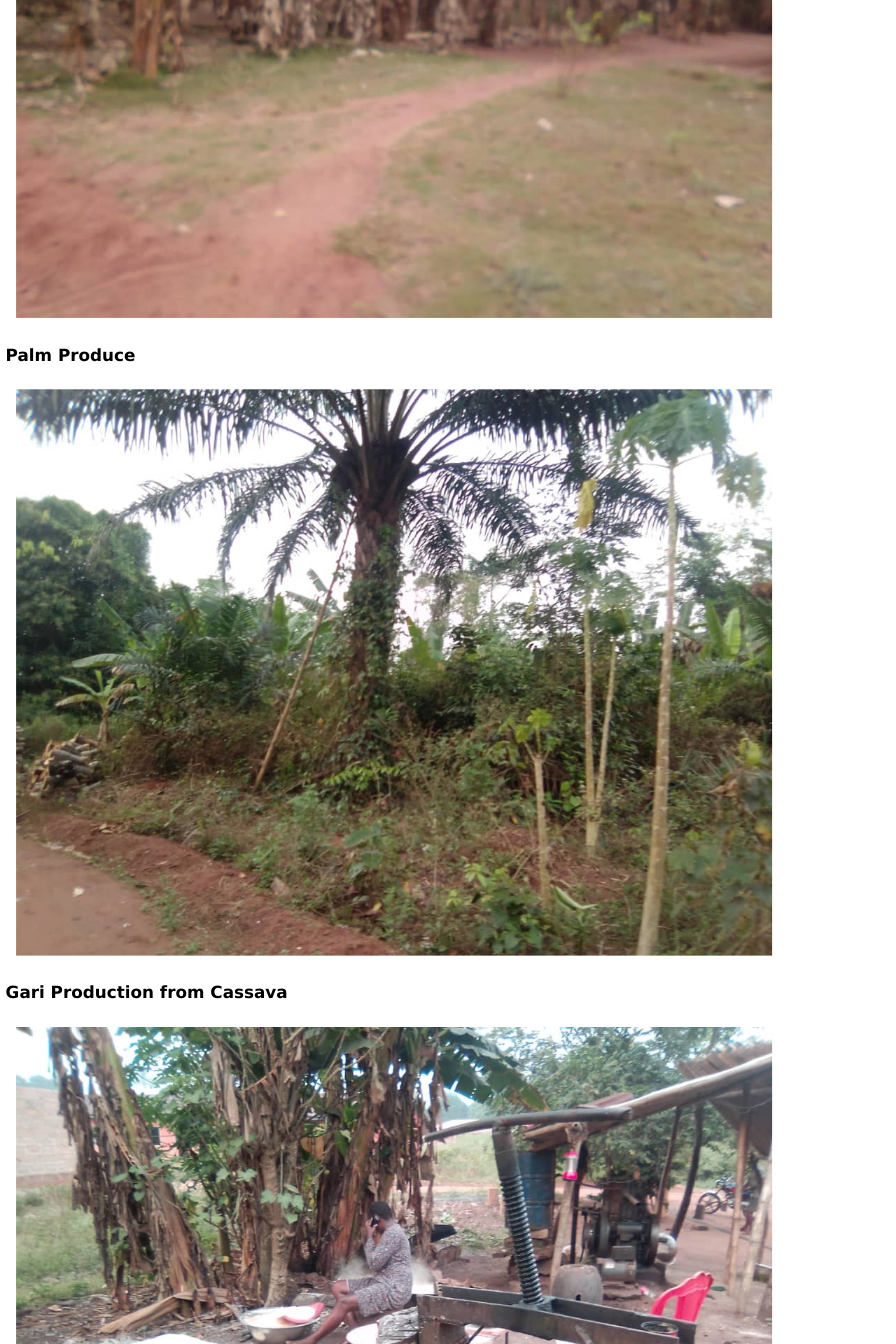
Repository: OtasowieRotimiOsifo/oheze-naka-forum
Page: economy.html
These files come from the project's save history. The page is drawn as it stood at one moment and after the next save; the edit follows.
The browser window is 1280 px wide. The pictures show the part of the page from y = 1603 to 3523 px (the page is 4885 px tall), at 70% of full size.

Above is the page before, as saved 2021-04-01 23:06:56.

### economy.html
<!DOCTYPE html>
<html lang="en">

<meta name="viewport" content="width=device-width, initial-scale=1.0">
<style>
* {
  box-sizing: border-box;
}

.row::after {
  content: "";
  clear: both;
  display: table;
}

[class*="col-"] {
  float: left;
  padding: 15px;
}

html {
  font-family: "Lucida Sans", sans-serif;
}

.header {
  background-color: #9933cc;
  color: #ffffff;
  padding: 15px;
}

.menu ul {
  list-style-type: none;
  margin: 0;
  padding: 0;
}

.menu li {
  padding: 8px;
  margin-bottom: 7px;
  background-color: #33b5e5;
  color: #ffffff;
  box-shadow: 0 1px 3px rgba(0,0,0,0.12), 0 1px 2px rgba(0,0,0,0.24);
}

.menu li:hover {
  background-color: #0099cc;
}

.aside {
  background-color: #4E38A9;
  padding: 15px;
  color: #ffffff;
  text-align: center;
  font-size: 14px;
  box-shadow: 0 1px 3px rgba(0,0,0,0.12), 0 1px 2px rgba(0,0,0,0.24);
}

.footer {
  background-color: #0099cc;
  color: #ffffff;
  text-align: center;
  font-size: 12px;
  padding: 15px;
}

/* For mobile phones: */
[class*="col-"] {
  width: 100%;
}

@media only screen and (min-width: 600px) {
  /* For tablets: */
  .col-s-1 {width: 8.33%;}
  .col-s-2 {width: 16.66%;}
  .col-s-3 {width: 25%;}
  .col-s-4 {width: 33.33%;}
  .col-s-5 {width: 41.66%;}
  .col-s-6 {width: 50%;}
  .col-s-7 {width: 58.33%;}
  .col-s-8 {width: 66.66%;}
  .col-s-9 {width: 75%;}
  .col-s-10 {width: 83.33%;}
  .col-s-11 {width: 91.66%;}
  .col-s-12 {width: 100%;}
}
@media only screen and (min-width: 768px) {
  /* For desktop: */
  .col-1 {width: 8.33%;}
  .col-2 {width: 16.66%;}
  .col-3 {width: 25%;}
  .col-4 {width: 33.33%;}
  .col-5 {width: 41.66%;}
  .col-6 {width: 50%;}
  .col-7 {width: 58.33%;}
  .col-8 {width: 66.66%;}
  .col-9 {width: 75%;}
  .col-10 {width: 83.33%;}
  .col-11 {width: 91.66%;}
  .col-12 {width: 100%;}
}
</style>
<head>
<title> Oheze-Naka Economy </title>
</head>
<body>

<div class="header">
  <h1>Oheze Naka: Economy</h1>
</div>
<div class="row">
  <h2>Occupation</h2>
  <div class="col-8 col-s-9">
      <span>Farming is the main occupation. Rearing of domestic animals is also practiced by the adults. </span>
      <span>Farm Produce include Yam, Plantain, Bananas, Palm Produce, Pineapples, Cassava, Fruits, Vegetables etc.</span>
    </div>
  </div>
  <div class="row">
    <h2>Farm land preparation before planting </h2>
    <div  class="col-3 col-s-3">
      <img src="img/farm-land-preparation.jpeg"/>
  </div>
  </div>
  <div class="row">
    <h2>Plantain Farm</h2>
    <div  class="col-3 col-s-3">
      <img src="img/plantain-farm2.jpg"/>
  </div>
  </div>
  <div class="row">
    <h2>Palm Produce</h2>
    <div  class="col-3 col-s-3">
      <img src="img/palm-tree2.jpg"/>
  </div>
  </div>
  <div class="row">
    <h2>Gari Production from Cassava</h2>
    <div  class="col-3 col-s-3">
      <img src="img/gari-production.jpg"/>
  </div>
  </div>
  <div class="row">
    <h2>Wood for Fuel</h2>
    <div  class="col-3 col-s-3">
      <img src="img/woods.jpg"/>
  </div>
  </div>
<div class="footer">
  <p>Courtesy of Oheze Naka Forum.</p>
</div>

</body>
</html>

After the next save:
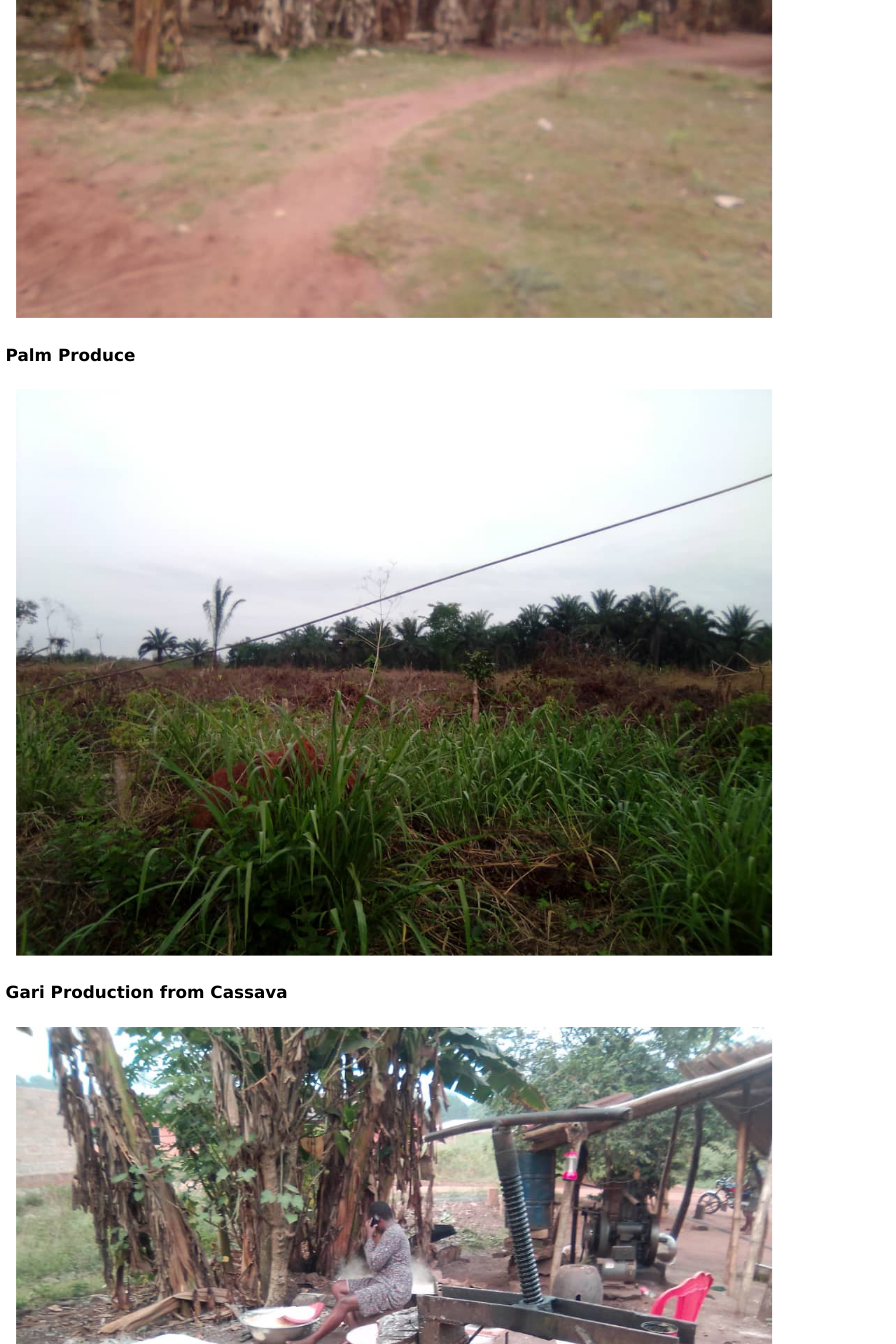
Saved 2 min 12 s later.
--- a/economy.html
+++ b/economy.html
@@ -129,7 +129,7 @@ html {
   <div class="row">
     <h2>Palm Produce</h2>
     <div  class="col-3 col-s-3">
-      <img src="img/palm-tree2.jpg"/>
+      <img src="img/palm-produce.jpeg"/>
   </div>
   </div>
   <div class="row">
